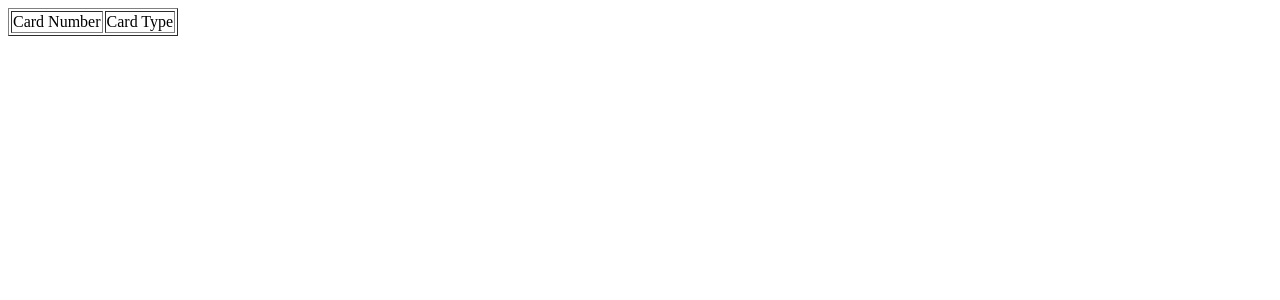
Repository: kiiigaaa/User_Profile
Page: http://localhost/GroceryOrdering/payMethodDetails.jsp
An editor plug-in stored every save of this project. The page is shown before and after the next save, followed by the edit.
The browser window is 1280 px wide. The pictures show the whole page.
The page is served by Tomcat 9. Queries for data that is not in the repository find no rows.

Above is the page before, as saved 2022-11-13 09:01:14.

After the next save:
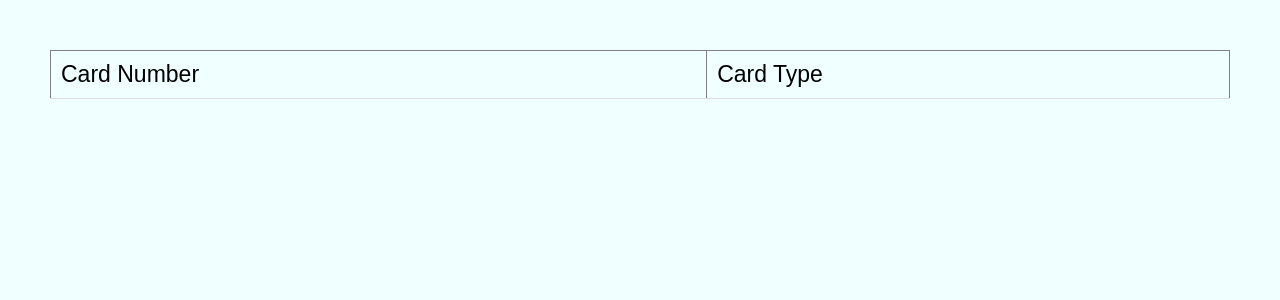
Saved 26 s later.
--- a/GroceryOrdering/src/main/webapp/payMethodDetails.jsp
+++ b/GroceryOrdering/src/main/webapp/payMethodDetails.jsp
@@ -5,6 +5,8 @@
 <head>
 <meta charset="ISO-8859-1">
 <title>Insert title here</title>
+<link rel="stylesheet" type="text/css" href="css/profile.css">
+
 </head>
 <body>
 	<%@page import="java.sql.DriverManager"%>
